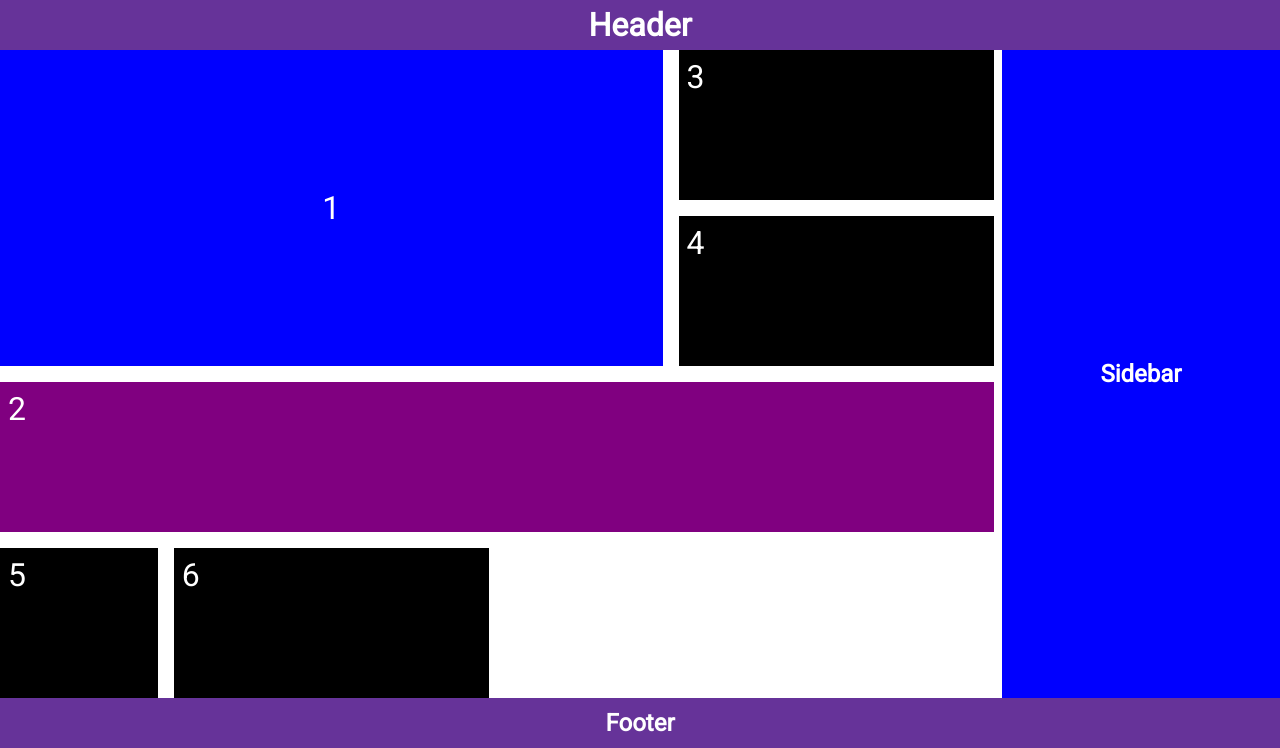
Repository: JavaProgrammerFromEastEurope/project-css-full-tutorial
Page: 15_lesson/index.html
An editor plug-in stored every save of this project. The page is shown before and after the next save, followed by the edit.
The browser window is 1280 px wide. The pictures show the whole page.

Above is the page before, as saved 2023-04-07 11:42:09.

After the next save:
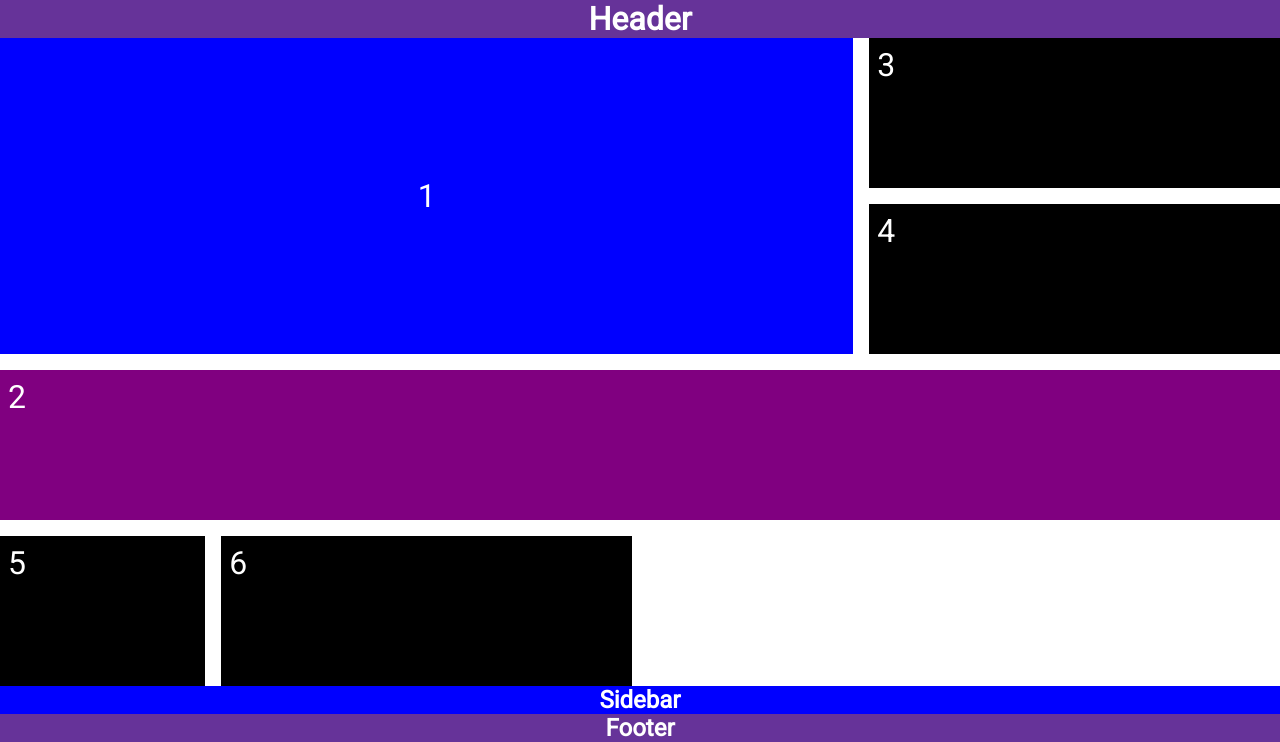
Saved 26 s later.
--- a/15_lesson/css/style.css
+++ b/15_lesson/css/style.css
@@ -10,14 +10,6 @@ body {
   font-family: "Roboto", sans-serif;
   min-height: 100vh;
 
-  display: grid;
-  grid-template-columns: repeat(9, 1fr);
-  grid-auto-rows: 50px auto 50px;
-  grid-template-areas:
-    "hd hd hd hd hd hd hd hd hd"
-    "mn mn mn mn mn mn mn sb sb"
-    "ft ft ft ft ft ft ft ft ft";
-    column-gap: 0.5rem;
 }
 
 .el {
